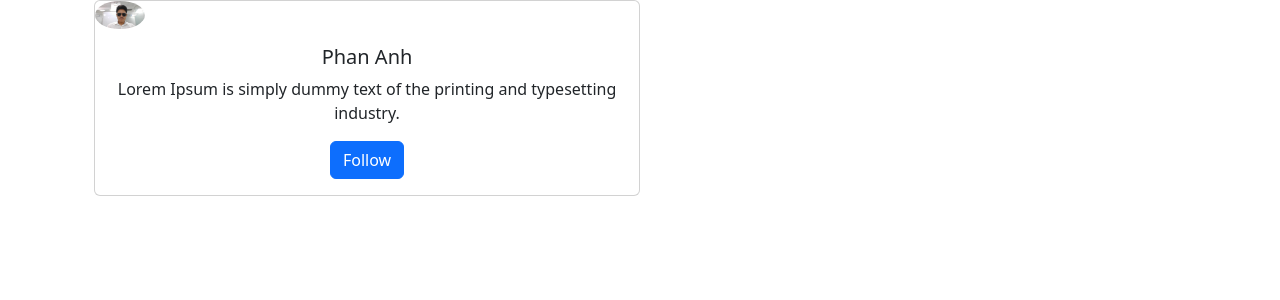
Repository: NPhanA/React2022
Page: / (app in Day 03-React/exercise/)
The author's editor kept a copy of each file at every save. The page is drawn from the files as they stood at one save, then again after the next save.
The browser window is 1280 px wide. The pictures show the whole page.
The project was rebuilt for these pictures with package versions that can differ from the ones it lists, and the page was loaded fresh each time. Also part of the build but not shown: Day 03-React/exercise/src/App.css, Day 03-React/exercise/src/App.js, Day 03-React/exercise/src/Components/UserAgent.js.

Above is the page before, as saved 2022-07-26 14:24:16.

### Day 03-React/exercise/src/index.js
import React from 'react';
import ReactDOM from 'react-dom/client';
import './index.css';
import App from './App';
import reportWebVitals from './reportWebVitals';
import 'bootstrap/dist/css/bootstrap.min.css';
import {createRoot} from 'react-dom/client';
import UserAgent from './Components/UserAgent';
import App1 from './Components/ProfileCard';
import ProfileCard from './Components/ProfileCard';
const container = document.getElementById('root');
const root = createRoot(container);
root.render(<ProfileCard />);

### Day 03-React/exercise/src/Components/ProfileCard.js
import avatar from '../Pictures/Avatar.jpg';
import space from '../Pictures/Space.jpg';
function ProfileCard() {
    return (
        <div className="container ">
            <div className="row mx-auto">
                <div className="col-xs-12 col-xxl-6 mx-auto">
        <div className="card w-50 text-center" >

        <img className="card-img-top rounded-circle" src={avatar} alt={'Space'} style={{width:'50px'}}></img>

        <div className="card-body">
          <h5 className="card-title">Phan Anh</h5>
          <p className="card-text">Lorem Ipsum is simply dummy text of the printing and typesetting industry.</p>
          <a href="#" className="btn btn-primary">Follow</a>
        </div>
      </div>
      </div>
      </div>
      </div>
    );
  }

  export default ProfileCard;

Loaded but not shown: Day 03-React/exercise/public/index.html (common file); Day 03-React/exercise/src/index.css (common file); Day 03-React/exercise/src/reportWebVitals.js (common file)

After the next save:
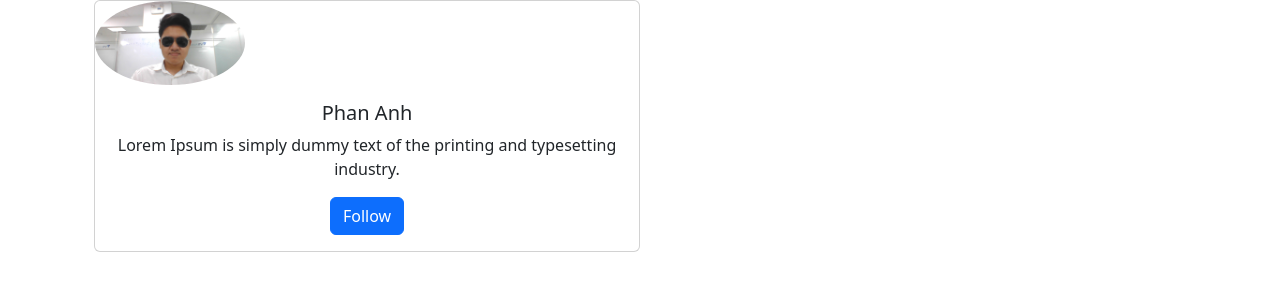
Saved 11 s later.
--- a/Day 03-React/exercise/src/Components/ProfileCard.js
+++ b/Day 03-React/exercise/src/Components/ProfileCard.js
@@ -7,7 +7,7 @@ function ProfileCard() {
                 <div className="col-xs-12 col-xxl-6 mx-auto">
         <div className="card w-50 text-center" >
 
-        <img className="card-img-top rounded-circle" src={avatar} alt={'Space'} style={{width:'50px'}}></img>
+        <img className="card-img-top rounded-circle" src={avatar} alt={'Space'} style={{width:'150px'}}></img>
 
         <div className="card-body">
           <h5 className="card-title">Phan Anh</h5>
